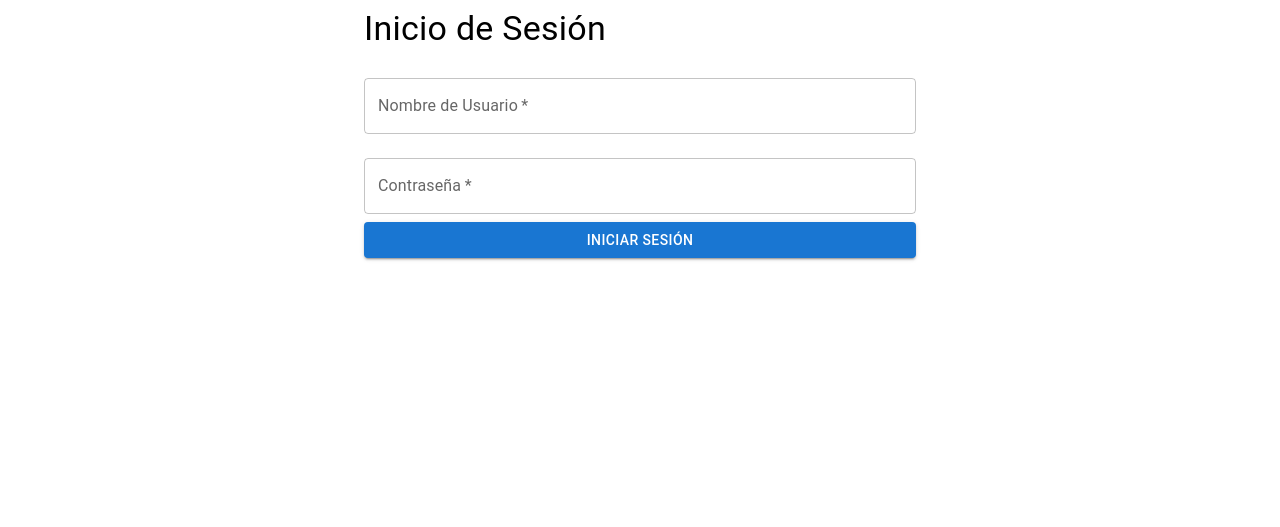
Repository: Mpablom/usuarioCaC-integrador-final-front
Page: /
These files come from the project's save history. The page is drawn as it stood at one moment and after the next save; the edit follows.
The browser window is 1280 px wide. The pictures show the whole page.
The project was rebuilt for these pictures with package versions that can differ from the ones it lists, and the page was loaded fresh each time. Also part of the build but not shown: vite.config.ts, src/components/UsuariosTable.tsx.

Above is the page before, as saved 2024-07-10 23:39:26.

After the next save:
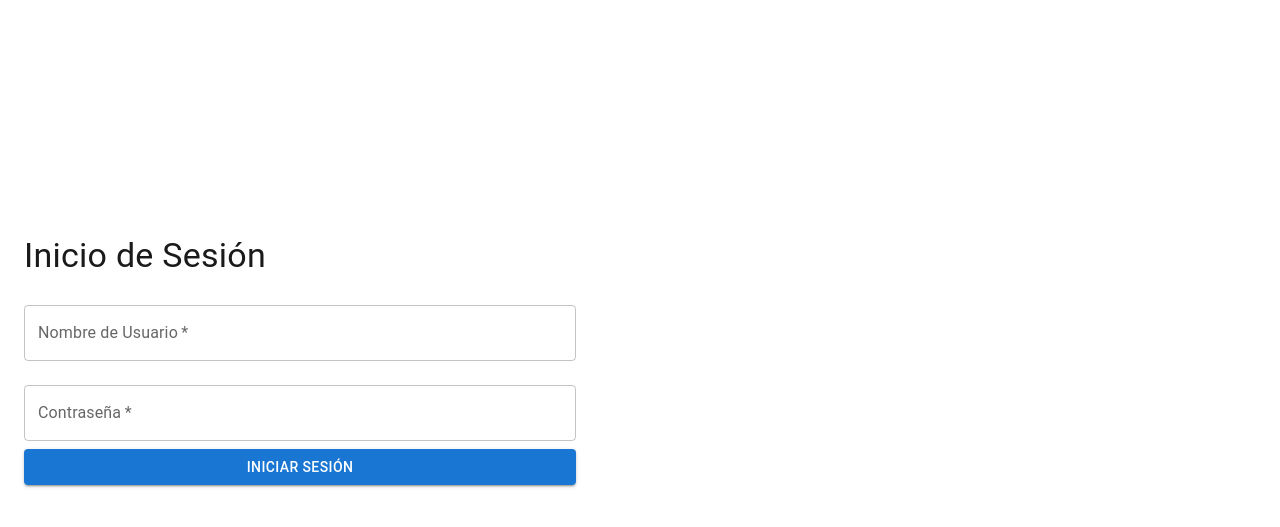
Saved 3 min 14 s later.
--- a/src/index.css
+++ b/src/index.css
@@ -1,11 +1,11 @@
-/* :root {
+ :root {
   font-family: Inter, system-ui, Avenir, Helvetica, Arial, sans-serif;
   line-height: 1.5;
-  font-weight: 400;
+  /* font-weight: 400; */
 
   color-scheme: light dark;
   color: rgba(255, 255, 255, 0.87);
-  background-color: #ffffff;
+  background-color: #E1E1D5;
 
   font-synthesis: none;
   text-rendering: optimizeLegibility;
